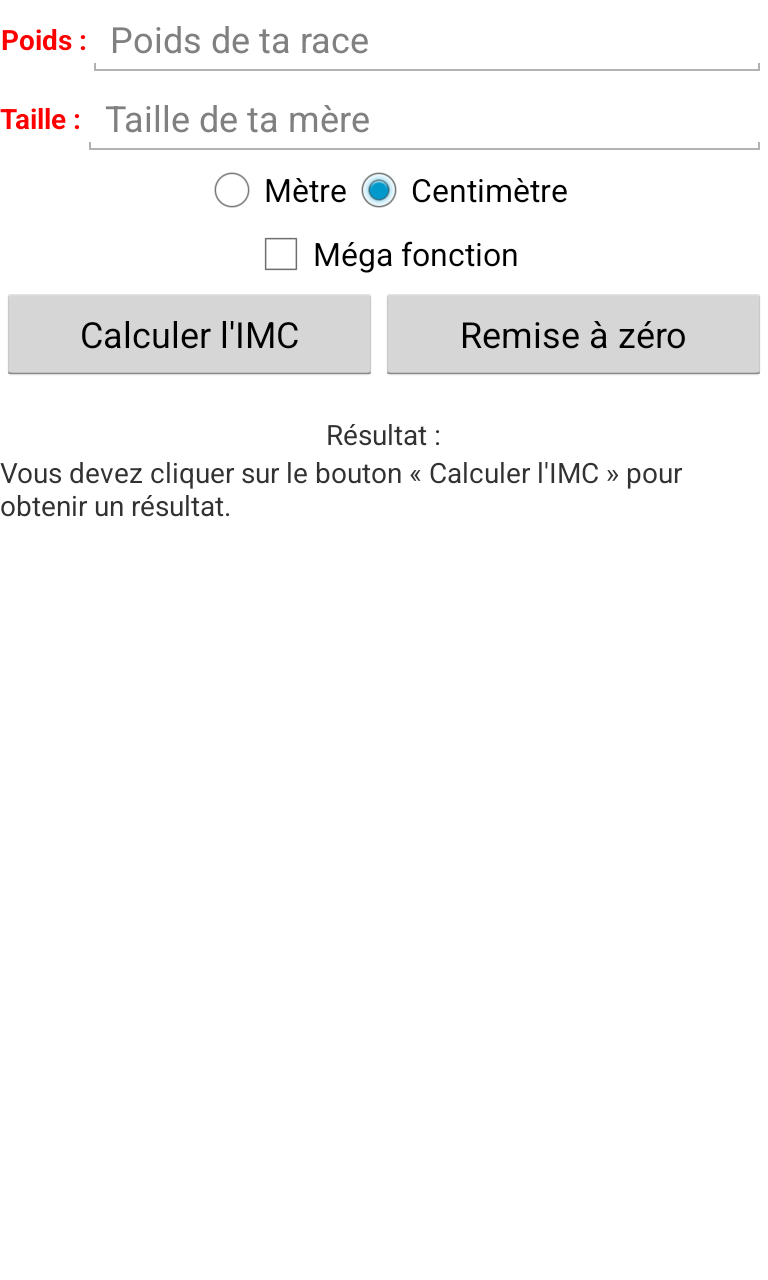
Repository: BlackyFox/PST4-NFC
Layout: Antoine/App_test/res/layout/activity_main.xml
These files come from the project's save history. The layout is drawn as it stood at one moment and after the next save; the edit follows.
It is drawn on a 768 x 1280 px phone screen (xhdpi) without system bars, with theme AppTheme; the app's code is not run.

Above is the layout before, as saved 2014-11-03 16:52:05.

### Antoine/App_test/res/layout/activity_main.xml
<?xml version="1.0" encoding="utf-8"?>
<LinearLayout xmlns:android="http://schemas.android.com/apk/res/android"
  android:layout_width="fill_parent"
  android:layout_height="fill_parent"
  android:orientation="vertical">
  <LinearLayout
      android:layout_width="fill_parent"
      android:layout_height="wrap_content"
      android:orientation="horizontal">

      <TextView
          android:layout_width="wrap_content"
          android:layout_height="fill_parent"
          android:text="@string/poids"
          android:textStyle="bold"
          android:textColor="#FF0000"
          android:gravity="center"/>
      <EditText
          android:id="@+id/poids"
          android:layout_width="fill_parent"
          android:layout_height="wrap_content"
          android:hint="@string/hint_poids"
          android:inputType="numberDecimal"/>
  </LinearLayout>

    <LinearLayout
      android:layout_width="fill_parent"
      android:layout_height="wrap_content"
      android:orientation="horizontal">

        <TextView
          android:layout_width="wrap_content"
          android:layout_height="fill_parent"
          android:text="@string/taille"
          android:textStyle="bold"
          android:textColor="#FF0000"
          android:gravity="center"/>
        <EditText
          android:id="@+id/taille"
          android:layout_width="fill_parent"
          android:layout_height="wrap_content"
          android:hint="@string/hint_taille"
          android:inputType="numberDecimal"/>
    </LinearLayout>
<RelativeLayout
  android:layout_width="wrap_content"
  android:layout_height="wrap_content"
  android:layout_gravity="center">

  <RadioGroup
    android:id="@+id/group"
    android:layout_width="wrap_content"
    android:layout_height="wrap_content"
    android:checkedButton="@+id/radio2"
    android:orientation="horizontal">
    <RadioButton
      android:id="@+id/radio1"
      android:layout_width="wrap_content"
      android:layout_height="wrap_content"
      android:text="@string/m"
    />
    <RadioButton
      android:id="@+id/radio2"
      android:layout_width="wrap_content"
      android:layout_height="wrap_content"
      android:text="@string/cm"
    />
  </RadioGroup>
    </RelativeLayout>
    <RelativeLayout
  android:layout_width="wrap_content"
  android:layout_height="wrap_content"
  android:layout_gravity="center">
  <CheckBox
    android:id="@+id/mega"
    android:layout_width="wrap_content"
    android:layout_height="wrap_content"
    android:text="@string/mega"
  />
    </RelativeLayout>
  <LinearLayout
      android:layout_width="fill_parent"
      android:layout_height="wrap_content"
      android:orientation="horizontal">

      <Button
          android:id="@+id/calcul"
          android:layout_width="wrap_content"
          android:layout_height="wrap_content"
          android:text="@string/calcul"
          android:layout_weight="1"
          /><!--
          android:background="?android:attr/selectableItemBackground"
          bug 1 fois sur 2 -->
      <Button
          android:id="@+id/raz"
          android:layout_width="wrap_content"
          android:layout_height="wrap_content"
          android:text="@string/raz"
          android:layout_weight="1"/><!--

          android:background="@color/Wheat"
          android:background="?android:attr/selectableItemBackground"
           bug 1 fois sur 2 -->
  </LinearLayout>
<RelativeLayout
  android:layout_width="wrap_content"
  android:layout_height="wrap_content"
  android:layout_gravity="center">
  <TextView
    android:layout_width="wrap_content"
    android:layout_height="wrap_content"
    android:text="@string/resultat"
  />
  </RelativeLayout>
  <TextView
    android:id="@+id/result"
    android:layout_width="fill_parent"
    android:layout_height="fill_parent"
    android:text="@string/result"
  />
</LinearLayout>

### Antoine/App_test/res/values/strings.xml
<?xml version="1.0" encoding="utf-8"?>
<resources>

    <string name="app_name">App_test</string>
    <string name="hello_world">Hello world!</string>
    <string name="action_settings">Settings</string>
    <string name="poids">Poids :</string>
    <string name="hint_poids">Poids de ta race</string>
    <string name="result">Vous devez cliquer sur le bouton « Calculer l\'IMC » pour obtenir un résultat.</string>
    <string name="resultat">\nRésultat : </string>
    <string name="raz">Remise à zéro</string>
    <string name="calcul">Calculer l\'IMC</string>
    <string name="mega">Méga fonction</string>
    <string name="cm">Centimètre</string>
    <string name="m">Mètre</string>
    <string name="taille">Taille :</string>
    <string name="hint_taille">Taille de ta mère</string>

</resources>

Loaded but not shown: Antoine/App_test/res/values/styles.xml (common file); Antoine/App_test/res/values-v11/styles.xml (common file); Antoine/App_test/res/values-v14/styles.xml (common file); Antoine/App_test/res/values/colors.xml (common file)

After the next save:
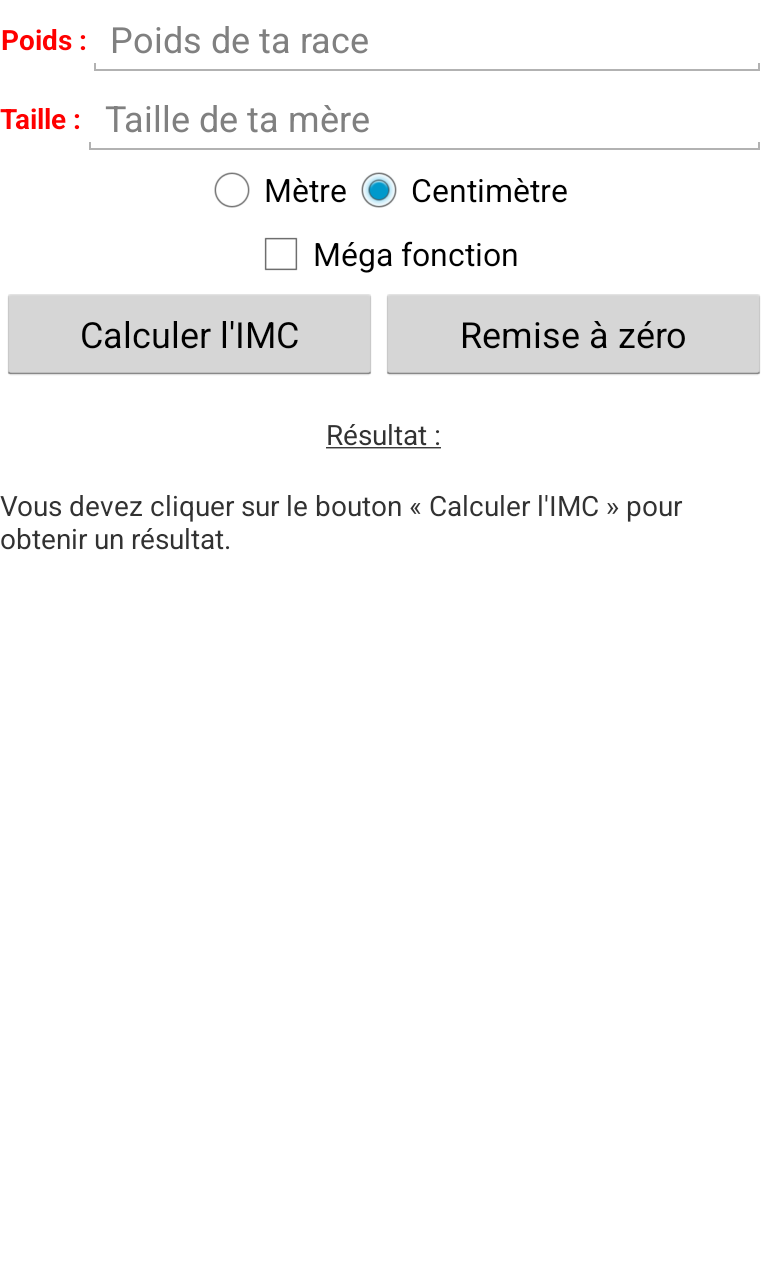
Saved 103 s later.
--- a/Antoine/App_test/res/values/strings.xml
+++ b/Antoine/App_test/res/values/strings.xml
@@ -7,7 +7,7 @@
     <string name="poids">Poids :</string>
     <string name="hint_poids">Poids de ta race</string>
     <string name="result">Vous devez cliquer sur le bouton « Calculer l\'IMC » pour obtenir un résultat.</string>
-    <string name="resultat">\nRésultat : </string>
+    <string name="resultat">\n<u>Résultat :</u>\n</string>
     <string name="raz">Remise à zéro</string>
     <string name="calcul">Calculer l\'IMC</string>
     <string name="mega">Méga fonction</string>
